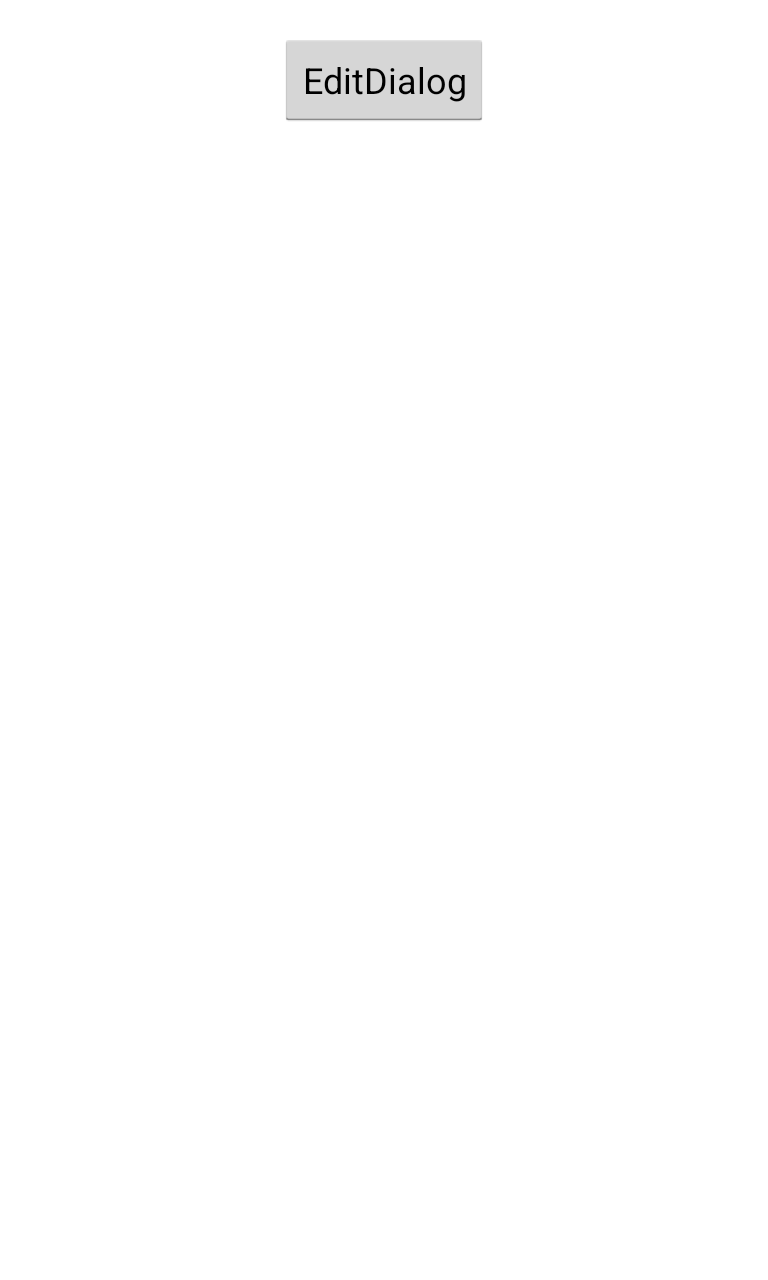
Repository: xfhy/Usually-learn-Android
Layout: 零散知识/DialogFragment创建对话框/res/layout/activity_main.xml
The author's editor kept a copy of each file at every save. The layout is drawn from the files as they stood at one save, then again after the next save.
It is drawn on a 768 x 1280 px phone screen (xhdpi) without system bars, with theme AppTheme; the app's code is not run.

Above is the layout before, as saved 2017-04-03 04:15:44.

### 零散知识/DialogFragment创建对话框/res/layout/activity_main.xml
<LinearLayout xmlns:android="http://schemas.android.com/apk/res/android"
    xmlns:tools="http://schemas.android.com/tools"
    android:layout_width="match_parent"
    android:layout_height="match_parent"
    android:orientation="vertical"
    android:paddingBottom="@dimen/activity_vertical_margin"
    android:paddingLeft="@dimen/activity_horizontal_margin"
    android:paddingRight="@dimen/activity_horizontal_margin"
    android:paddingTop="@dimen/activity_vertical_margin"
    android:gravity="center_horizontal"
    tools:context="com.xfhy.dialogfragment.MainActivity$PlaceholderFragment" >

    <Button
        android:id="@+id/bt_edit_name"
        android:layout_width="wrap_content"
        android:layout_height="wrap_content"
        android:layout_marginBottom="10dp"
        android:text="EditDialog" />



</LinearLayout>

Loaded but not shown: 零散知识/DialogFragment创建对话框/res/values/styles.xml (common file); 零散知识/DialogFragment创建对话框/res/values-v11/styles.xml (common file); 零散知识/DialogFragment创建对话框/res/values-v14/styles.xml (common file); 零散知识/DialogFragment创建对话框/res/values/dimens.xml (common file); 零散知识/DialogFragment创建对话框/res/values-w820dp/dimens.xml (common file)

After the next save:
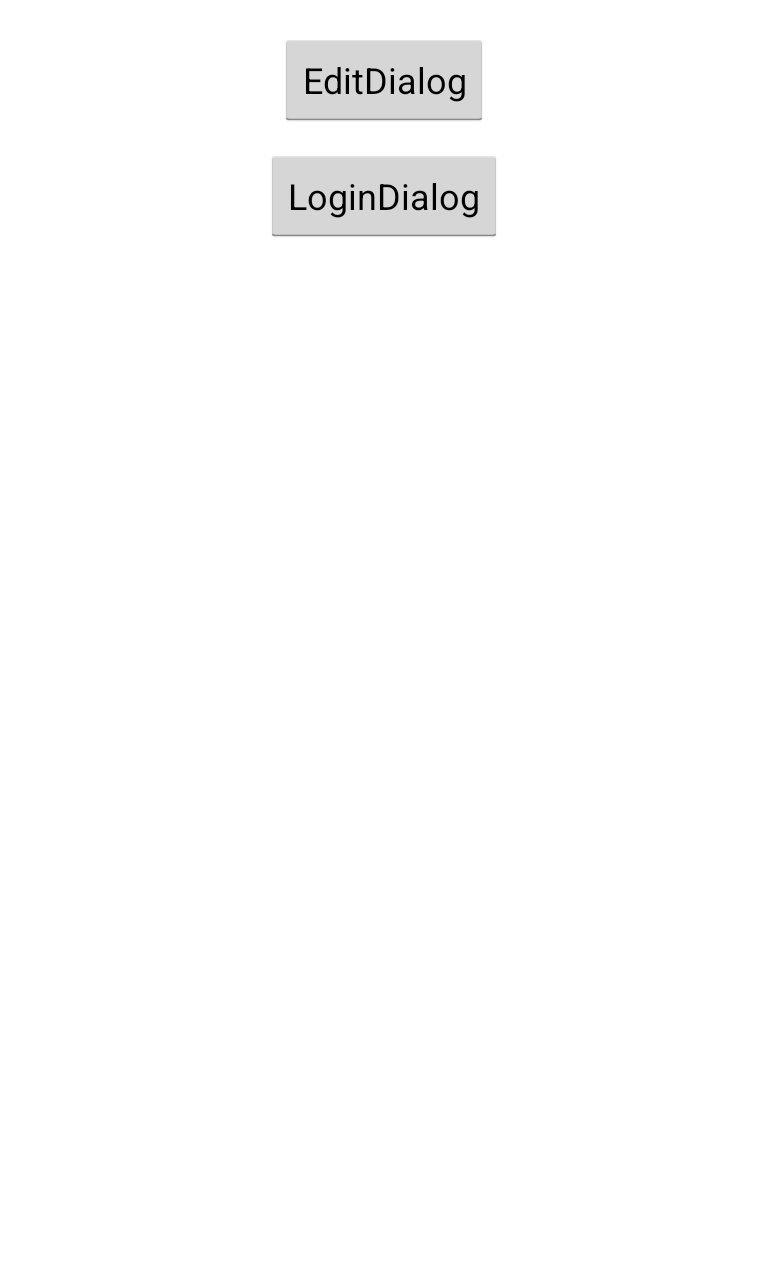
Saved 13 s later.
--- a/零散知识/DialogFragment创建对话框/res/layout/activity_main.xml
+++ b/零散知识/DialogFragment创建对话框/res/layout/activity_main.xml
@@ -17,6 +17,11 @@
         android:layout_marginBottom="10dp"
         android:text="EditDialog" />
 
-
+    <Button
+        android:id="@+id/bt_login"
+        android:layout_width="wrap_content"
+        android:layout_height="wrap_content"
+        android:layout_marginBottom="10dp"
+        android:text="LoginDialog" />
 
 </LinearLayout>
